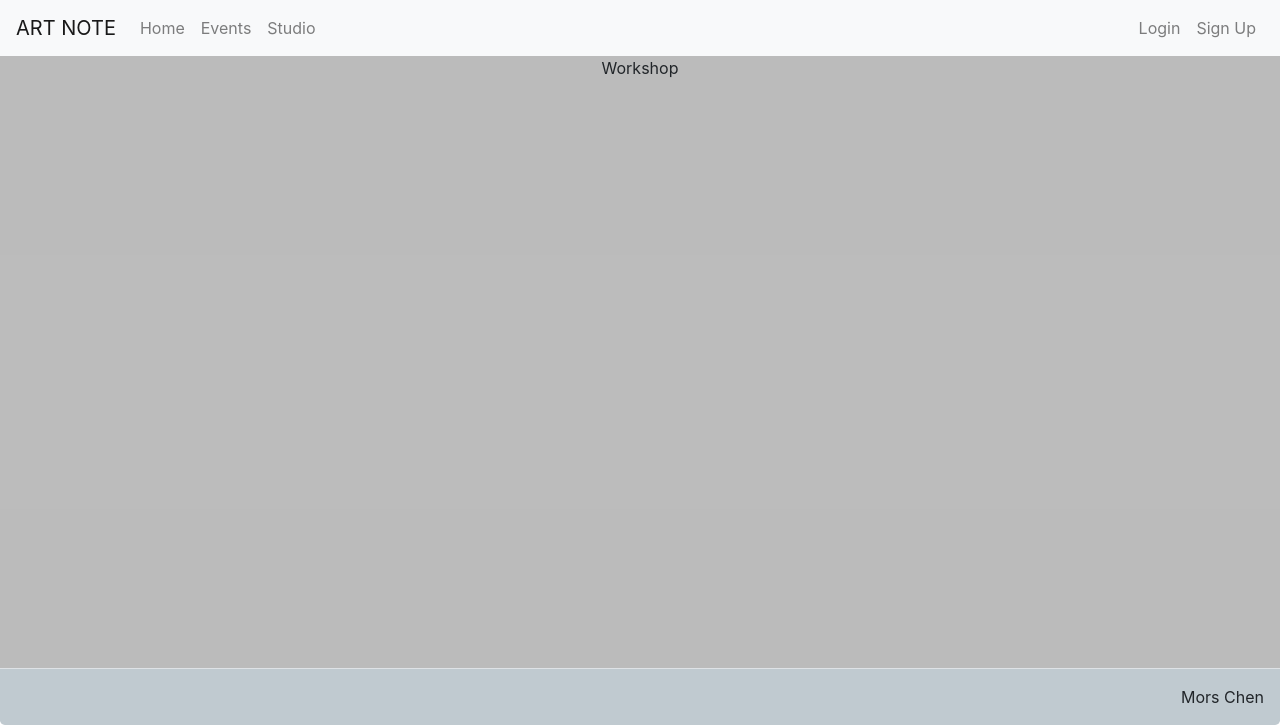
Repository: MorsChen/Final-Client
Page: /workshop (app in client-app/)
The author's editor kept a copy of each file at every save. The page is drawn from the files as they stood at one save, then again after the next save.
The browser window is 1280 px wide. The pictures show the whole page.
The page's requests for data from a server got no answer. The project was rebuilt for these pictures with package versions that can differ from the ones it lists, and the page was loaded fresh each time. No one was signed in, and anything a server would have sent is missing. Also part of the build but not shown: client-app/src/page/Home.js, client-app/src/page/SignUp.js, client-app/src/page/Login.js, client-app/src/page/Profile.js.

Above is the page before, as saved 2019-10-01 15:39:36.

### client-app/public/index.html
<!DOCTYPE html>
<html lang="en">
  <head>
    <meta charset="utf-8" />
    <link rel="shortcut icon" href="%PUBLIC_URL%/favicon.ico" />
    <meta name="viewport" content="width=device-width, initial-scale=1" />
    <meta name="theme-color" content="#000000" />
    <meta
      name="description"
      content="Web site created using create-react-app"
    />
    <link rel="apple-touch-icon" href="logo192.png" />
    <link
        rel="stylesheet"
        href="https://maxcdn.bootstrapcdn.com/bootstrap/4.3.1/css/bootstrap.min.css"
        integrity="sha384-ggOyR0iXCbMQv3Xipma34MD+dH/1fQ784/j6cY/iJTQUOhcWr7x9JvoRxT2MZw1T"
        crossorigin="anonymous"
      />
    <!--
      manifest.json provides metadata used when your web app is installed on a
      user's mobile device or desktop. See https://developers.google.com/web/fundamentals/web-app-manifest/
    -->
    <link rel="manifest" href="%PUBLIC_URL%/manifest.json" />
    <!--
      Notice the use of %PUBLIC_URL% in the tags above.
      It will be replaced with the URL of the `public` folder during the build.
      Only files inside the `public` folder can be referenced from the HTML.

      Unlike "/favicon.ico" or "favicon.ico", "%PUBLIC_URL%/favicon.ico" will
      work correctly both with client-side routing and a non-root public URL.
      Learn how to configure a non-root public URL by running `npm run build`.
    -->
    <title>Art Note</title>
  </head>
  <body>
    <noscript>You need to enable JavaScript to run this app.</noscript>
    <div id="root"></div>
    <!--
      This HTML file is a template.
      If you open it directly in the browser, you will see an empty page.

      You can add webfonts, meta tags, or analytics to this file.
      The build step will place the bundled scripts into the <body> tag.

      To begin the development, run `npm start` or `yarn start`.
      To create a production bundle, use `npm run build` or `yarn build`.
    -->
  </body>
</html>

### client-app/src/App.js
import React from "react";
import { BrowserRouter as Router, Route } from "react-router-dom";
import "./App.css";
import 'bootstrap/dist/css/bootstrap.min.css';



import Home from "./page/Home";
import SignUp from "./page/SignUp";
import Login from "./page/Login";
import Logout from "./page/Logout";
import Profile, {EditProfile, CreateProfile} from "./page/Profile";
import NavBar from "./static/NavBar";

// const URL = `https://127.0.0.1:5000/`
export default class App extends React.Component {
  constructor(props) {
    super(props);
    const existingToken = localStorage.getItem('token');
    const accessToken = (window.location.search.split("=")[0]==="?api_key") ? window.location.search.split("=")[1] : null;

    if (!accessToken && !existingToken){
        window.location.replace(`localhost:3000/`)
    };

    if (accessToken) {
        localStorage.setItem('token', accessToken);
    };

    this.state = {
      isloading:true,
      events: {},
      blogs: {},
      users: {},
      profiles: {},
      comments: {},
      news: {},
      token: existingToken || accessToken,
      user:{isSignin:false}
    }
  }

  componentDidMount() {
    this.fetchhome()
    this.fetchUser()
  }

  fetchUser= async() =>{
    const a = await fetch('https://127.0.0.1:5000/getuserinfo',{
      headers: {
        "Content-Type": "application/json",
        "Authorization": `Token ${this.state.token}`
      }
    })
    const b = await a.json()
    if (b.status === 200) {
      b.user.isSignin= true;
      b.user.token = this.state.token
      this.setState({isloading:true,user:b.user})
    }
  }

  fetchhome = async()=>{
    const token = this.state.token
    const resp = await fetch(`https://127.0.0.1:5000/userload`, {
            method: "GET",
            headers: ({
                "Content-Type": "application/json",
                "Authorization": `Token ${token}`
                })
            });
    const data = await resp.json()
    console.log("home data",data)
  }

  getToken = (token) => {
    this.setState({token : token})

  }
  // isSignin = () =>{
  //   if (this.state.token !== null){
  //     this.setState({ isSignin : true})
  //   }else {
  //     this.setState({isSignin: false})
  //   }
  //   localStorage.setItem('isSignin', this.isSignin)
  // }

  render() {
    console.log('check state', this.state)
    return (
      <div className="App">
        <Router>
            <NavBar user = {this.state.user} />


          <div className="mag-top">
            <Route path="/" exact component={Home}/>
            <Route path="/events/" exact component={Events} />
            <Route path="/studio/" exact component={Studio} />
            <Route path="/workshop/" component={Workshop} />
            <Route path="/profile/" exact component={ (props) => <Profile {...props} user = {this.state.user} />} />
            <Route path="/profile/create/" comment ={(props)=> <CreateProfile {...props} user = {this.state.user} />}/>
            <Route path="/profile/edit/" comment ={(props)=> <EditProfile {...props} user = {this.state.user} />}/>
            <Route path="/courses/" component={Courses} />
            {/* <Route path="/learningpaths/" component={LearningPaths} /> */}
            <Route path="/login/" component={ (props) => <Login {...props} getToken = {this.getToken} />}/>
            <Route path="/logout/" component= { (props) => <Logout {...props} token = {this.state.token} />}/>
            <Route path="/register/" component={SignUp} />
            <Route path="/about/" component={About} />
          </div>

          <div className="modal-footer">Mors Chen</div>
        </Router>
      </div>
    );
  }

}

function Events() {
  return <div className="FullContent"> Events </div>;
}

function Studio() {
  return <div className="FullContent"> Studio </div>;
}

function Workshop() {
  return <div className="FullContent"> Workshop </div>;
}

function Courses() {
  return <div className="FullContent"> Courses </div>;
}

// function LearningPaths() {
//   return <div> Learning Paths </div>;
// }

function About() {
  return <div className="FullContent"> ABOUT</div>;
}

// function Logout () {
//   return window.location.replace(`${URL}logout`)
// }

### client-app/src/App.css
.App {
  text-align: center;
}

@import url('https://fonts.googleapis.com/css?family=Exo:700');
@import url('https://fonts.googleapis.com/css?family=Abel');

.App-logo {
  height: 40vmin;
}

.App-header {
  background-color: #282c34;
  min-height: 100vh;
  display: flex;
  flex-direction: column;
  align-items: center;
  justify-content: center;
  font-size: calc(10px + 2vmin);
  color: white;
}

.App-link {
  color: #09d3ac;
}

.slider {
  height: 100vh;
  margin-top: -100px;
}

.navbar {
  position: fixed;
  top: 0;
  width: 100%;
  z-index: 1;
  }

.modal-footer {
  background-color: #607a8a65;
}

.mag-top {
  margin-top: 3.5rem;
}


.flip-card {
  background-color: transparent;
  width: 12rem;
  height: 19rem;
  perspective: 1000px;

}

.flip-card-inner {
  position: relative;
  width: 12rem;
  height: 19rem;
  text-align: center;
  transition: transform 1s;
  transform-style: preserve-3d;
  box-shadow: 0 4px 8px 0 rgba(0,0,0,0.2);
}

.flip-card:hover .flip-card-inner {
  transform: rotateY(180deg);
}

.flip-card-front, .flip-card-back {
  position: absolute;
  width: 12rem;
  height: 19rem;
  backface-visibility: hidden;
}

.flip-card-front {
  background-color: #bbb;
  color: black;
}

.flip-card-back {
  background-color: #524221;
  color: rgb(255, 189, 66);
  transform: rotateY(180deg);
}

.FullContent {
  display: flex;
  width: 100vw;
  height: 85vh;
  text-align: center;
  align-items: center;
  flex-direction: column;
  background-color: rgba(32, 32, 32, 0.301);
  margin-top: 2rem;
}

.form-content {
  display: flex;
  width: 80%;
  margin-top: 2rem;
  flex-direction: column;
  justify-content: space-between;
  padding: 1rem;
}

.content {
  display: flex;
  width: 100%;
  height: auto;
  justify-content: center;
}
.card-content {
  display: flex;
  width: 80%;
  margin-top: 2rem;
  flex-direction: row-reverse;
  justify-content: space-between;
  padding: 1rem;
}

.test-div{
  display: flex;
  width: 100%;
  margin-top: 20rem;
  /* height: 500px; */
  color: black;
}



/* Stop------ */
.card-tab {
  background-color: #4201010e;
  width: 100vw;
  height: auto;
  -webkit-transform: perspective(900px);
  transform: perspective(900px);
  -webkit-transform-style: preserve-3d;
  transform-style: preserve-3d;
  text-align:center;
}

.card-font {
  font-family: 'Abel', sans-serif;
  color: white;
  text-align:center;
  font-size:12px;
  text-align: center;
  transform: translatex(12px);
}

.text-h3-card {
  font-size:25px;
  font-family: 'Abel', sans-serif;
  color:rgb(255,255,255);
  text-shadow: 0 0 2px rgb(255,255,255);
  transform: translatey(10px);
}

.card1 {
  text-align:center;
  width: 10em;
  height: 350px;
  margin: 1rem;
  background: linear-gradient(rgb(225,150,58),rgb(227,144,91));
  transition:.6s;

  transform: rotatex(75deg) translatey(-200px) translatez(-100px);
  box-shadow: 0px 20px 60px rgba(0,0,0, 0.5);
}
.card1:hover{
  transform: rotatex(0deg);
  transition:.6s;
  box-shadow: 0px 0px 20px rgba(0, 0, 0, 0.3);
}
.card1 img{
  transform: translateY(1rem);
  width: 10em;
  height:120px;
}

.card2 {
  text-align:center;
  width: 10rem;
  height: 350px;
  margin: 1rem;
  background: linear-gradient(rgb(93,94,170),rgb(93,66,103));
  animation: animate 1s linear infinite;
  transition:.6s;

  transform: rotatex(75deg) translatey(-200px) translatez(-100px);
  box-shadow: 0px 20px 60px rgba(0, 0, 0, 0.5);
}
.card2:hover{
  transform: rotatex(0deg);
  transition:.6s;
  box-shadow: 0px 0px 20px rgba(0, 0, 0, 0.3);
}
.card2 img{
  transform: translateY(1rem);
  width: 10em;
  height:150px;
}
.card3 {
  text-align:center;
  width: 10em;
  height: 350px;
  margin: 1rem;
  background: linear-gradient(#ff5252, #b33939);
  transition:.6s;

  transform: rotatex(75deg) translatey(-200px) translatez(-100px);
  box-shadow: 0px 20px 60px rgba(0, 0, 0, 0.5);
}
.card3:hover{
  transform: rotatex(0deg);
  transition:.6s;
  box-shadow: 0px 0px 20px rgba(0, 0, 0, 0.3);
}
.card3 img{
  transform: translateY(1rem);
  width: 10em;
  height:120px;
}

### client-app/src/page/Logout.js
import React from "react";

const URL = `https://127.0.0.1:5000/`

export default class Logout extends React.Component {
    constructor(props){
        super(props)
        this.state = {...props}
        console.log('check props', this.state)

    }

    componentDidMount(){
        this.deltoken()
    }
    deltoken = async () => {
        console.log('check token inside', this.state.token)
        console.log('check URL', `${URL}logout`)
        const response = await fetch(`${URL}logout`, {
        method: 'GET',
        headers: {
            'Accept': 'application/json',
            'Content-Type': 'application/json',
            'Authorization': `Token ${this.state.token}`
        }
        })
        const status = await response.json()
        console.log('STATUS',status.status)
        if (status.status === 200) {
            localStorage.clear('token')
            this.setState({ token: null })
            return window.location.replace(`http://localhost:3000/`);}
            else {return alert('something wrong')}
    }
    sendToken=(token)=>{
        this.props.getToken({token: token})
    }

    render (){

        return [

        ]
    }
}

### client-app/src/static/NavBar.js
import React from "react";
import { Link } from "react-router-dom";
import { Navbar, Nav} from "react-bootstrap";


export default class NavBar extends React.Component {


  render () {
    console.log('check pass user', this.props.user)
      return [
          <Navbar bg="light" expand="lg">
          <Link class="navbar-brand" to="/">ART NOTE</Link>
            <Navbar.Toggle aria-controls="basic-navbar-nav" />
            <Navbar.Collapse id="basic-navbar-nav">
              <Nav className="mr-auto">
                <Link class="nav-link" to="/">
                    Home
                  </Link>
                  <Link class="nav-link" to="/events/">
                    Events
                  </Link>
                  <Link class="nav-link" to="/studio/">
                    Studio
                  </Link>
                  {this.props.user.isSignin ? <>
                    <Link class="nav-link" to="/workshop/">
                    WorkShop
                    </Link>
                    <Link class="nav-link" to="/courses/">
                      Courses
                    </Link>
                    <Link class="nav-link" to="/profile/">
                      Profile
                    </Link>
                    <Link class="nav-link" to="/about/">
                      About
                    </Link>
                    </> : <>
                      </>}

                {/* <NavDropdown title="Dropdown" id="basic-nav-dropdown">
                  <NavDropdown.Item href="#action/3.1">Action</NavDropdown.Item>
                  <NavDropdown.Item href="#action/3.2">Another action</NavDropdown.Item>
                  <NavDropdown.Item href="#action/3.3">Something</NavDropdown.Item>
                  <NavDropdown.Divider />
                  <NavDropdown.Item href="#action/3.4">Separated link</NavDropdown.Item>
                </NavDropdown> */}
              </Nav>
              <Nav className="mr-0">
                  {this.props.user.isSignin ? <><Link class="nav-link" to="/logout">Logout</Link>
                  </> : <>
                      <Link class="nav-link" to="/login">Login</Link>
                      <Link class="nav-link" to="/register">Sign Up</Link></>}
              </Nav>
            </Navbar.Collapse>
          </Navbar>

      ]
  }
}

Loaded but not shown: client-app/src/index.js (common file); client-app/src/index.css (common file); client-app/src/serviceWorker.js (common file)

After the next save:
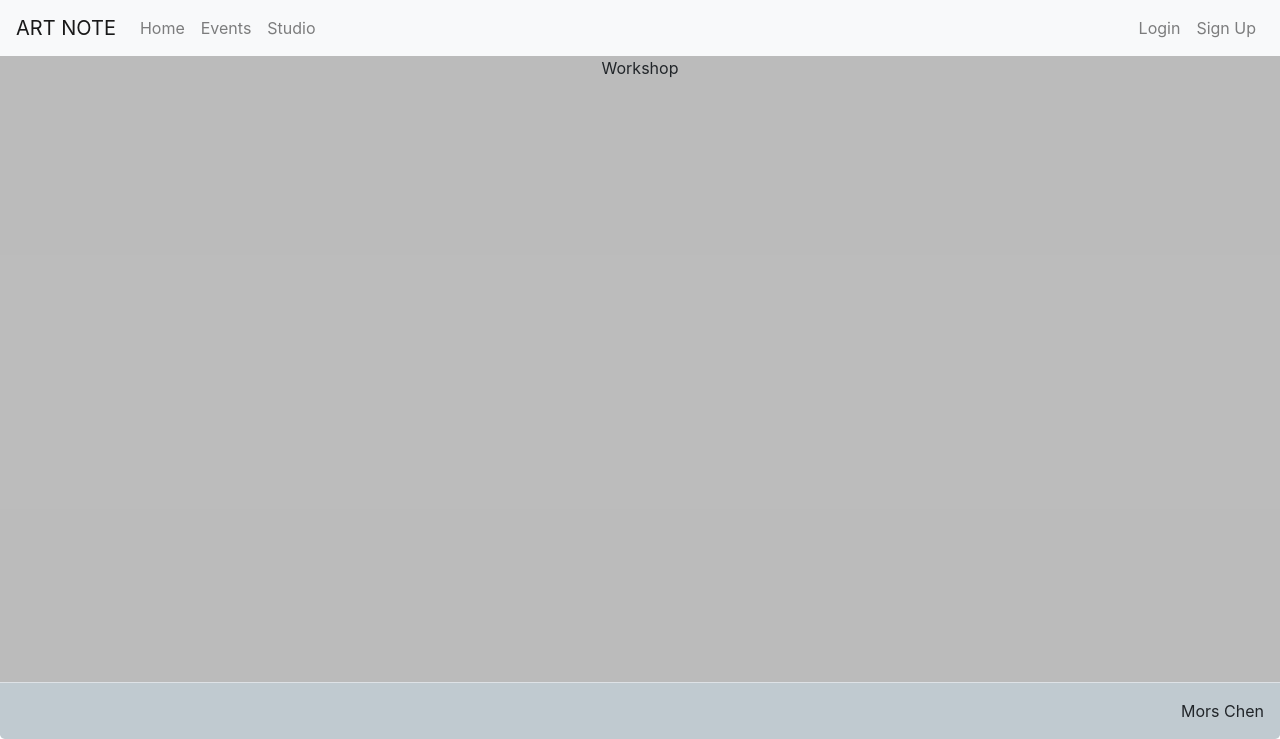
Saved 7 s later.
--- a/client-app/src/App.css
+++ b/client-app/src/App.css
@@ -88,7 +88,7 @@
 .FullContent {
   display: flex;
   width: 100vw;
-  height: 85vh;
+  height: 87vh;
   text-align: center;
   align-items: center;
   flex-direction: column;
